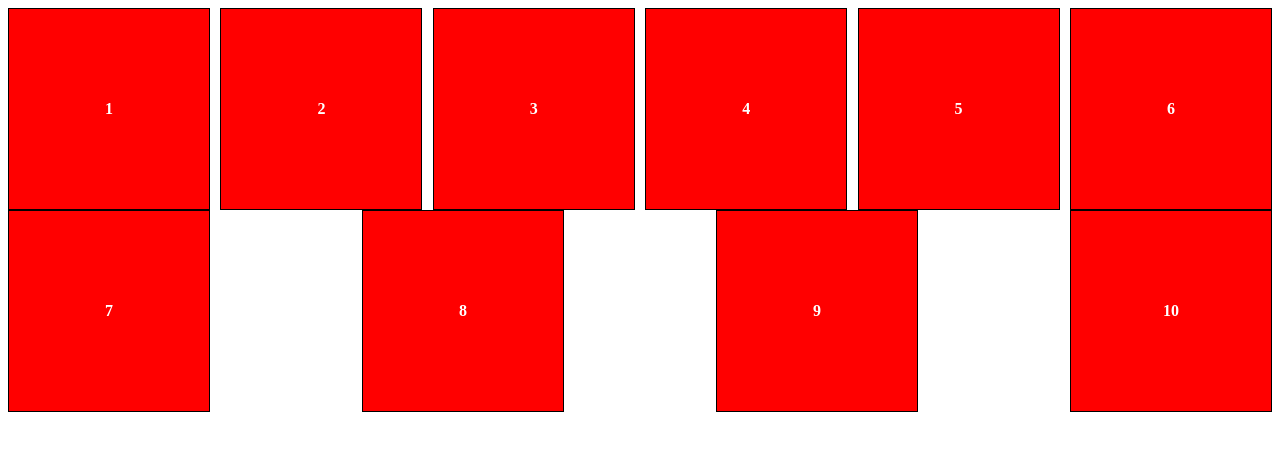
Repository: wonjunknag/kakao-clone
Page: 05-flex/index.html
These files come from the project's save history. The page is drawn as it stood at one moment and after the next save; the edit follows.
The browser window is 1280 px wide. The pictures show the whole page.

Above is the page before, as saved 2020-07-05 07:41:41.

After the next save:
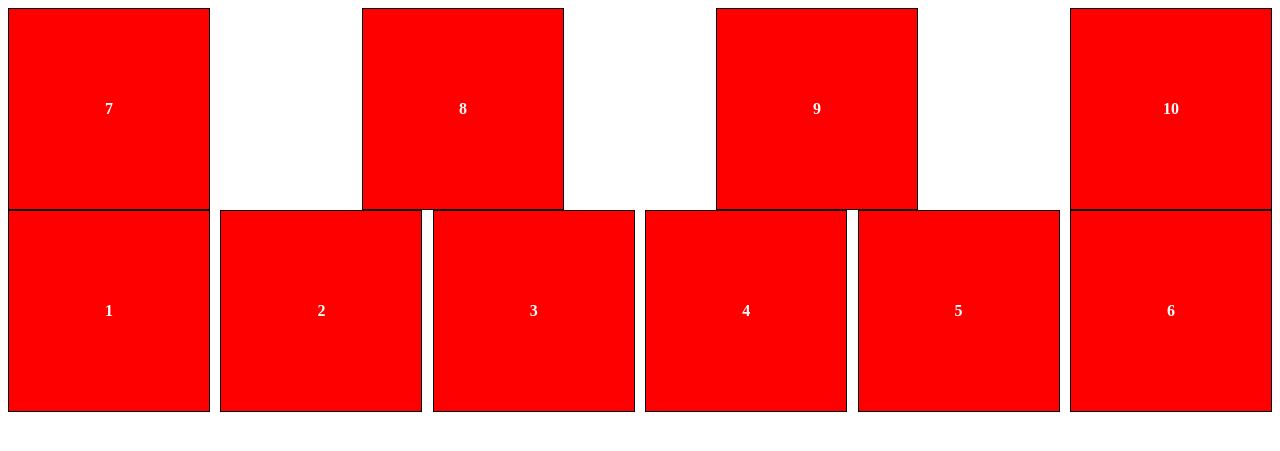
Saved 2 min 16 s later.
--- a/05-flex/index.html
+++ b/05-flex/index.html
@@ -12,7 +12,7 @@
         align-items: flex-start;
         height: 100%;
         flex-direction: row;
-        flex-wrap: wrap;
+        flex-wrap: wrap-reverse;
       }
       .box {
         width: 200px;
